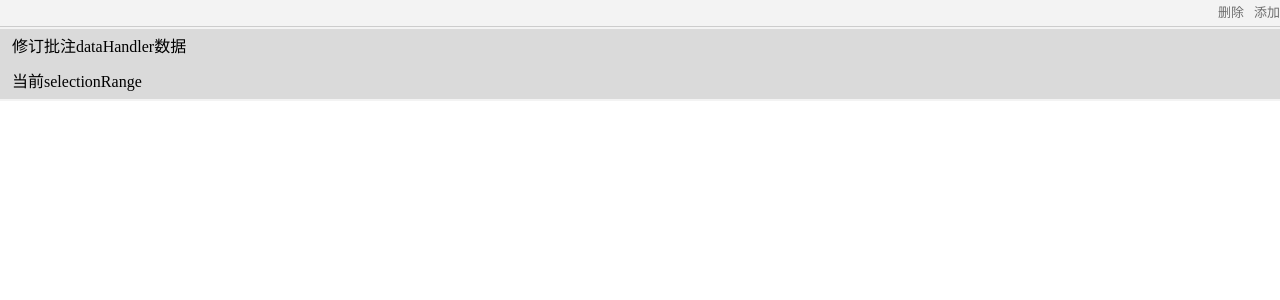
Repository: herorest/plugin
Page: panel/info.html
An editor plug-in stored every save of this project. The page is shown before and after the next save, followed by the edit.
The browser window is 1280 px wide. The pictures show the whole page.

Above is the page before, as saved 2019-06-11 11:54:19.
Console error: TypeError: Cannot read properties of null (reading 'addEventListener')

### panel/info.html
<!DOCTYPE html>
<html>

<head>
	<meta charset="utf-8" />
	<link rel="stylesheet" href="info.css">
</head>

<body>
	<div class="wrap">
		<div class="side">
			<div class="tool">
				<div class="add">添加</div>
				<div class="del">删除</div>
			</div>
			<div class="list">
				<ul>
					<li>
						<span id="12345678">修订批注dataHandler数据</span>
					</li>
					<li>
						<span id="12345679">当前selectionRange</span>
					</li>
				</ul>
			</div>
		</div>
		<div class="result">
			<div class="tree">
				<ul id="container">

				</ul>
			</div>
		</div>
	</div>


	<script src="info.js"></script>
</body>

</html>

### panel/info.css
*{
    padding:0;
    margin:0;
}

ul > li {
    list-style: none;
}

/* 可展开*/
.switch-open {
    margin-left: -12px;
    border: 6px solid transparent;
    display: inline-block;
    width: 0px;
    height: 0px;
    border-top-color: black;

}

/* 展开完毕*/
.switch-close {
    margin-left: -12px;
    border: 6px solid transparent;
    display: inline-block;
    width: 0px;
    height: 0px;
    border-left-color: black;
    margin-bottom: 2px;

}

/* 改变CheckBox样式*/
input[type='checkbox'] {
    width: 16px;
    height: 16px;
    -webkit-appearance: none;
    -moz-appearance: none;
    border: 1px solid #c9c9c9;
    border-radius: 3px;
    outline: none;
    color: white;
    text-align: center;
}

input[type='checkbox']:before {
    color: transparent;
}

input[type=checkbox]:checked {
    background-color: #30add6;
}

input[type=checkbox]:checked:before {
    color: white;
    font-weight: bold;
}

.space{
    height:16px;
    line-height:16px;
    display:block;
    padding:0 0 0 16px;
    margin:0 0 5px;
}

.space.full{
    padding:0;
}

.space .name{
    color: rgb(62, 13, 247);
}

.space .dot{
    padding:0 5px 0 2px;
}

/*布局*/
.wrap {
    display:flex;
}
.side {
    width:250px;
    flex:1;
    background:#f3f3f3;
}
.result{
    float:left;
}

.side .tool{
    height:26px;
    line-height:26px;
    overflow:hidden;
    border-bottom:1px #ccc solid;
}

.side .tool .add, .side .tool .del {
    font-size:13px;
    color:#6e6e6e;
    margin:0 0 0 10px;
    float:right;
}

.side .list{
    padding:2px 0;
}

.side .list li{
    height:35px;
    line-height:35px;
    padding:0 0 0 12px;
    background:#dadada;
}

.side .list li:hover, .side .list li.hot{
    color:#fff;
    background:#1a73e8;
}

### panel/info.js
function generate(json, parent) {
    for (var attr in json) {
        var ele = document.createElement('li');
        if (!json[attr] || JSON.stringify(json[attr]) === "{}" || Object.prototype.toString.call(json[attr]) !== '[object Object]' ) {
            ele.innerHTML = ' <div class="space">' + '<span class="name">' + attr + '</span>' + '<span class="dot">:</span>' + json[attr] + '</div>';
        } else {
            ele.innerHTML = '<div class="space full"><span class="switch-open" onclick="toggle(this)"></span><input type="checkbox" onclick="checkChange(this)"></input>' + attr + '</div>';
            var nextParent = document.createElement('ul');
            ele.appendChild(nextParent);
            generate(json[attr], nextParent);
        }
        parent.appendChild(ele);
    }
}

function toggle(span) {
    var ele = span.parentNode.nextElementSibling;
    if (ele.style.display == 'none') {
        ele.style.display = 'block';
        span.className = 'switch-open';

    } else {
        ele.style.display = 'none';
        span.className = 'switch-close';
    }
}

function checkChange(span) {
    var oul = span.parentNode.nextElementSibling;
    if (span.checked) {
        for (var i = 0; i < oul.querySelectorAll('input').length; i++) {
            oul.querySelectorAll('input')[i].checked = true;
        }
    } else {
        for (var i = 0; i < oul.querySelectorAll('input').length; i++) {
            oul.querySelectorAll('input')[i].checked = false;
        }
    }
}

document.getElementById('check_jquery').addEventListener('click', function () {
    chrome.devtools.inspectedWindow.eval("window.location", function (result) {
        generate(result, document.getElementById('container'));
    });
});

After the next save:
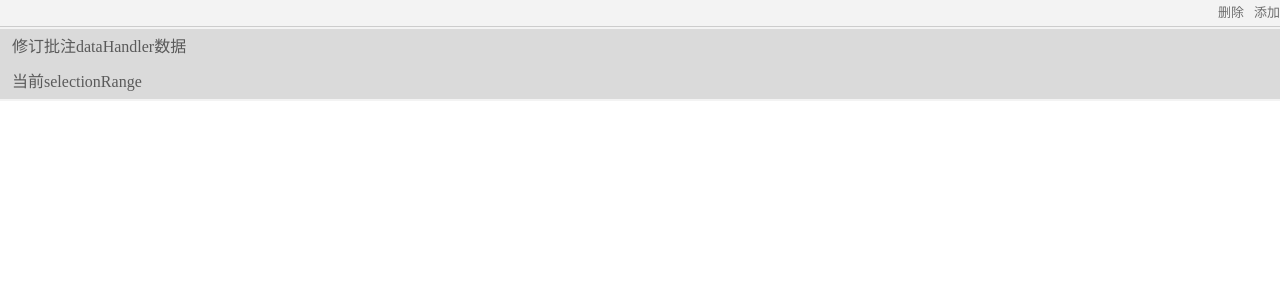
Saved 28 s later.
--- a/panel/info.css
+++ b/panel/info.css
@@ -111,6 +111,7 @@ input[type=checkbox]:checked:before {
     height:35px;
     line-height:35px;
     padding:0 0 0 12px;
+    color:#5a5a5a;
     background:#dadada;
 }
 
